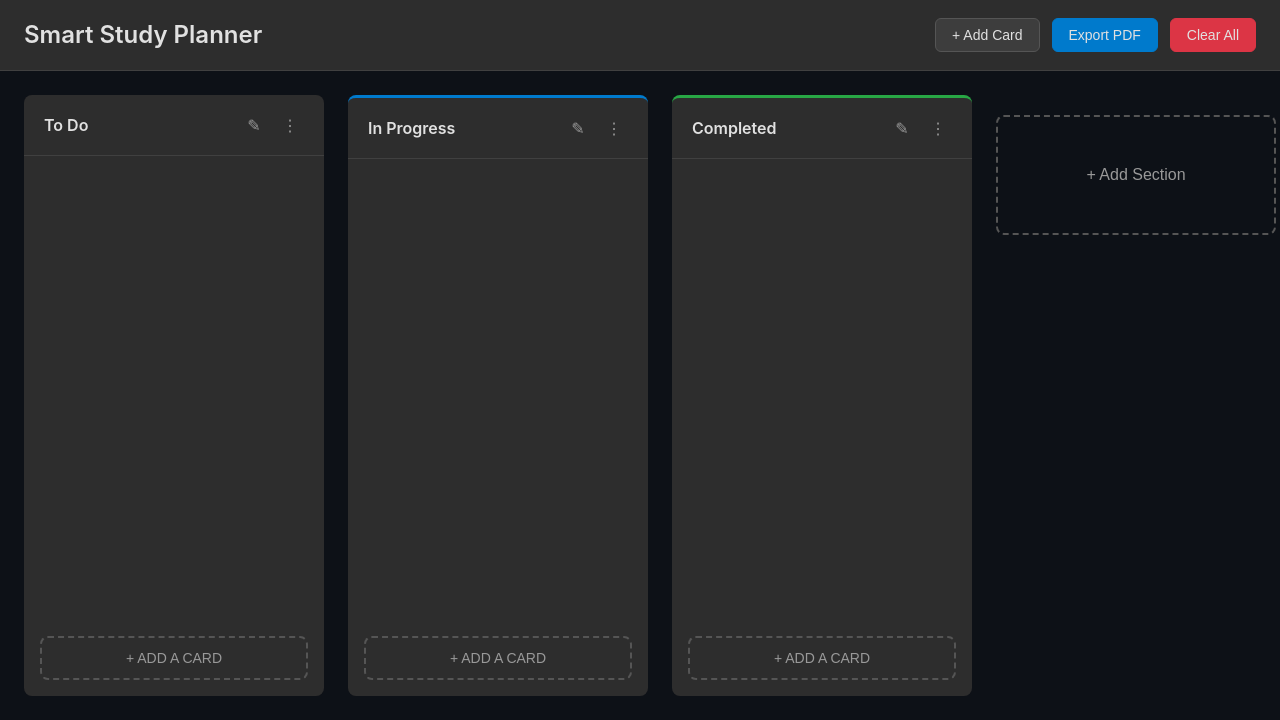
Repository: P7XCKD/edunetwebdev
Page: index.html
These files come from the project's save history. The page is drawn as it stood at one moment and after the next save; the edit follows.
The browser window is 1280 px wide. The pictures show the whole page.

Above is the page before, as saved 2025-09-19 20:07:13.

After the next save:
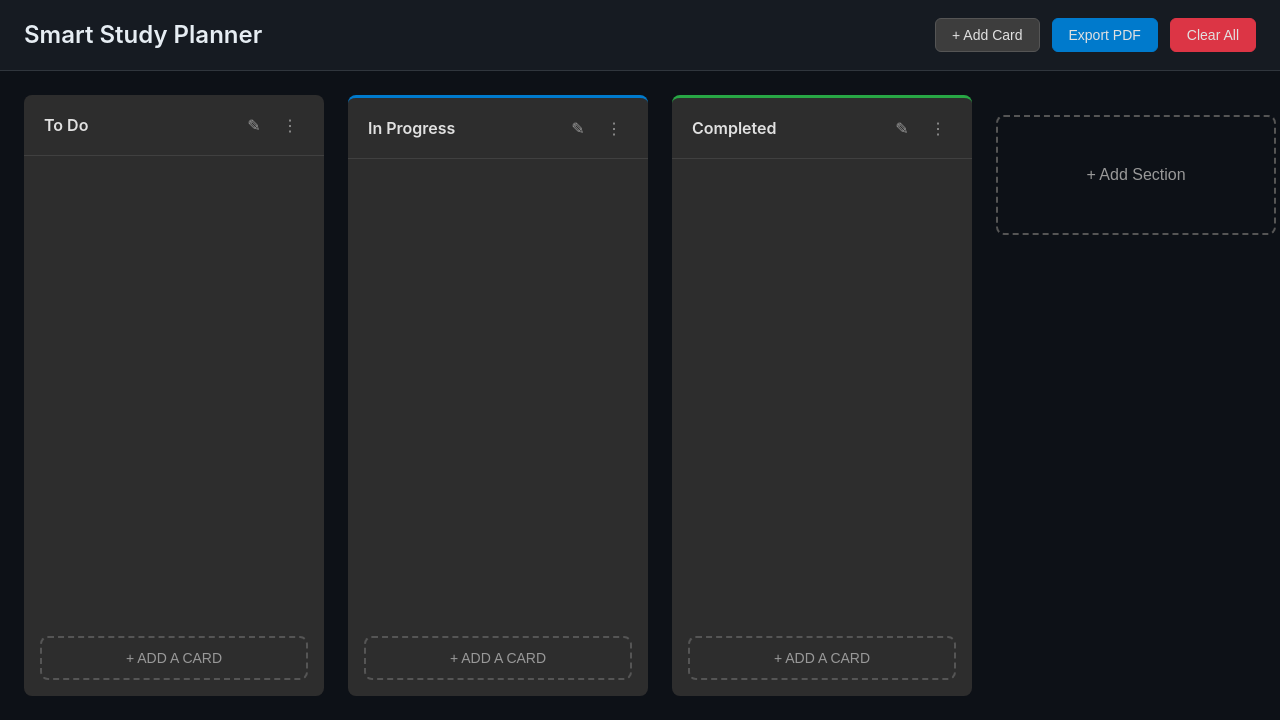
Saved 8 s later.
--- a/style.css
+++ b/style.css
@@ -20,16 +20,16 @@ body {
 
 /* Header */
 .app-header {
-    background-color: #2d2d2d;
+    background-color: #161b22; /* Header background matching image */
     padding: 16px 24px;
-    border-bottom: 1px solid #404040;
+    border-bottom: 1px solid #30363d;
     display: flex;
     justify-content: space-between;
     align-items: center;
 }
 
 .app-header h1 {
-    color: #e1e1e1;
+    color: #e6edf3;
     font-size: 24px;
     font-weight: 600;
 }
